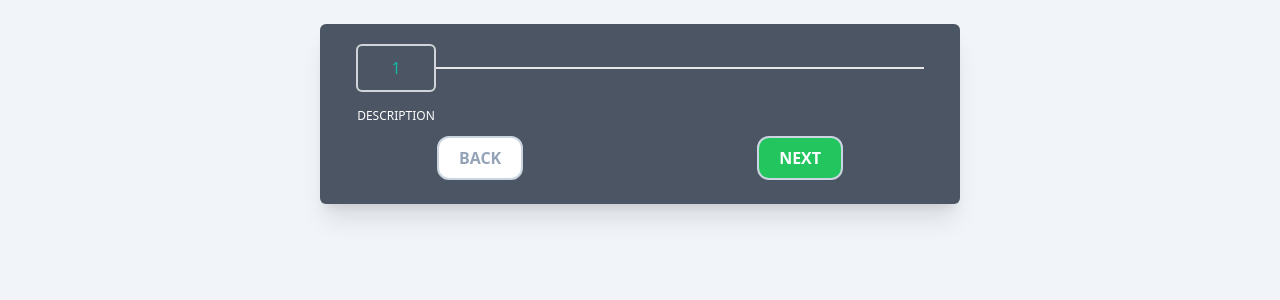
Repository: OmniaRafat232111121/reactstepper
Page: /
An editor plug-in stored every save of this project. The page is shown before and after the next save, followed by the edit.
The browser window is 1280 px wide. The pictures show the whole page.
The project was rebuilt for these pictures with package versions that can differ from the ones it lists, and the page was loaded fresh each time. Also part of the build but not shown: src/App.css.

Above is the page before, as saved 2023-02-22 00:22:11.

### src/index.css
@tailwind base;
@tailwind components;
@tailwind utilities;


body {
  background: #f1f5f9;
}

code {
  font-family: source-code-pro, Menlo, Monaco, Consolas, 'Courier New',
    monospace;
}

### src/App.js

import './App.css';
import Stepper from './Component/Stepper';
import StepperControl from './Component/StepperControl';
function App() {
  return (
    <div className="md:w-1/2 mx-auto  rounded-md shadow-xl bg-gray-600 pb-2 mt-5">
     {/*stepper*/}
    <div className='container horizontal mt-5'>
    <Stepper/>
    </div>
     {/*StepperCOntrol*/}
     <StepperControl/>
    </div>
  );
}

export default App;

### src/Component/Stepper.js
import React from 'react'

const Stepper = () => {
  return (
    <div className=' mx-4 my-6 p-5 flex justify-between items-center '>
        <div className='relative flex flex-col items-center text-teal-500'>
        <div className='rounded-full transition duration-200 ease-in-out rounded-md border-2 border-gray-300 h-12 w-20 flex items-center justify-center py-3'>{/* Display number*/ }
        1 {/* Display number*/ }
        </div>
      <div className='absolute top-0 mt-16 w-32  text-center text-xs font-medium uppercase text-white'>
       description  {/* Display decsription*/ }
      </div>
      </div>

        <div className=' flex-auto border-t-2  text-white transition duration-500 ease-in-out'>
        {/* Display line*/ }


        </div>


    </div>
  )
}

export default Stepper

### src/Component/StepperControl.js
import React from 'react'

const StepperControl = () => {
  return (
    <div className='container  flex justify-around mt-5 mb-4'>
       {/*back button*/}
       <button className='bg-white text-slate-400 font-semibold  uppercase px-5 py-2  rounded-xl
       cursor-pointer border-2 border-slate-300 hover:bg-slate-700 hover:text-white transition duration-200 ease-in-out'>
       Back
       </button>
        {/*next button*/}
        <button className='bg-green-500 text-white font-semibold  uppercase px-5 py-2  rounded-xl
        cursor-pointer border-2 border-slate-300 hover:bg-slate-700 hover:text-white transition duration-200 ease-in-out'>
        Next
        </button>
    </div>
  )
}

export default StepperControl

Loaded but not shown: public/index.html (common file); src/index.js (common file); tailwind.config.js (common file)

After the next save:
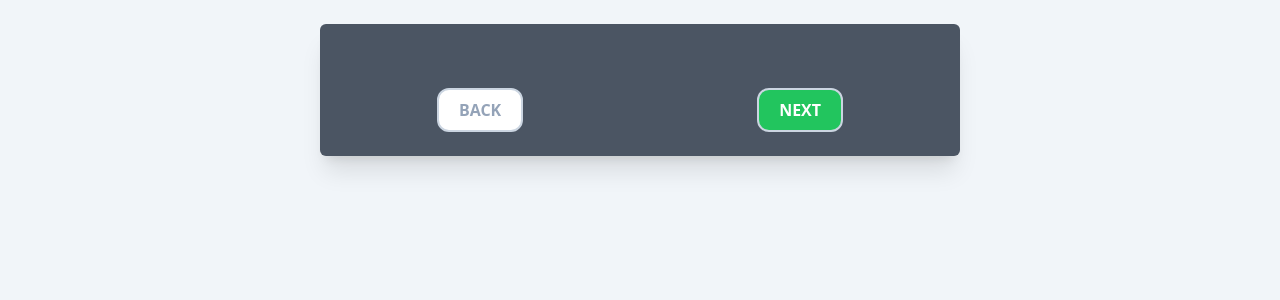
Saved 118 s later.
--- a/src/Component/Stepper.js
+++ b/src/Component/Stepper.js
@@ -3,20 +3,7 @@ import React from 'react'
 const Stepper = () => {
   return (
     <div className=' mx-4 my-6 p-5 flex justify-between items-center '>
-        <div className='relative flex flex-col items-center text-teal-500'>
-        <div className='rounded-full transition duration-200 ease-in-out rounded-md border-2 border-gray-300 h-12 w-20 flex items-center justify-center py-3'>{/* Display number*/ }
-        1 {/* Display number*/ }
-        </div>
-      <div className='absolute top-0 mt-16 w-32  text-center text-xs font-medium uppercase text-white'>
-       description  {/* Display decsription*/ }
-      </div>
-      </div>
 
-        <div className=' flex-auto border-t-2  text-white transition duration-500 ease-in-out'>
-        {/* Display line*/ }
-
-
-        </div>
 
 
     </div>
